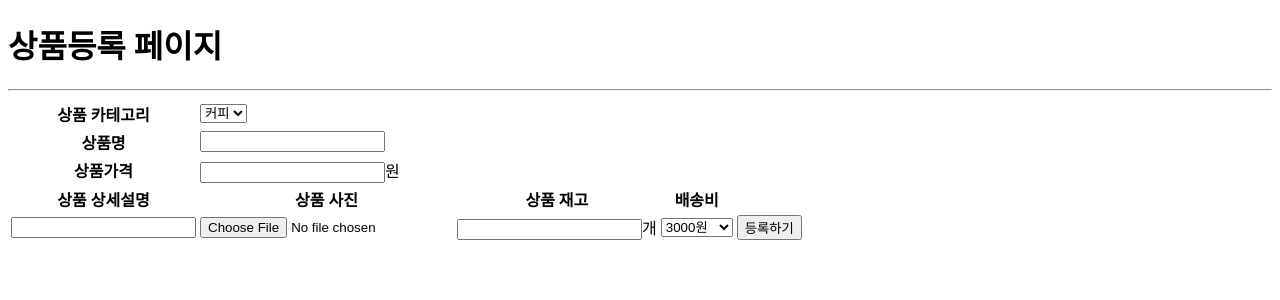
Repository: HJK0000/shoppingMallPrj
Page: http://localhost/shoppingMall/WEB-INF/views/admin/productRegistForm.jsp
These files come from the project's save history. The page is drawn as it stood at one moment and after the next save; the edit follows.
The browser window is 1280 px wide. The pictures show the whole page.
The page is served by Tomcat 10. Nobody is signed in. The template is opened directly, without the code that normally fills it, so the values that code supplies are empty.

Above is the page before, as saved 2024-05-29 03:28:02.
Console error: SyntaxError: Invalid or unexpected token

After the next save:
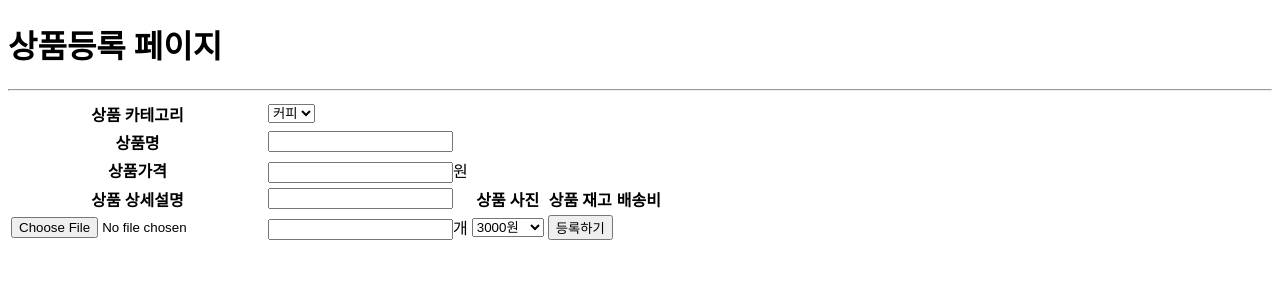
Saved 10 s later.
--- a/shoppingMall/src/main/webapp/WEB-INF/views/admin/productRegistForm.jsp
+++ b/shoppingMall/src/main/webapp/WEB-INF/views/admin/productRegistForm.jsp
@@ -31,7 +31,9 @@
 				<th>상품가격</th>
 				<td><input type="text" name="pprice" required="required">원</td>
 			</tr>
+			<tr>
 				<th>상품 상세설명</th>
+				<td><input type="text" name="pinfo" required="required"></td>
 				<th>상품 사진</th>
 				<th>상품 재고</th>
 				<th>배송비</th>
@@ -42,7 +44,7 @@
 
 
 
-					<td><input type="text" name="pinfo" required="required"></td>
+
 					<td><input type="file" name="file"></td>
 					<td><input type="text" name="stock_count" required="required">개</td>
 					<td><select id="sortOptions"><option value="3000원">3000원</option>
